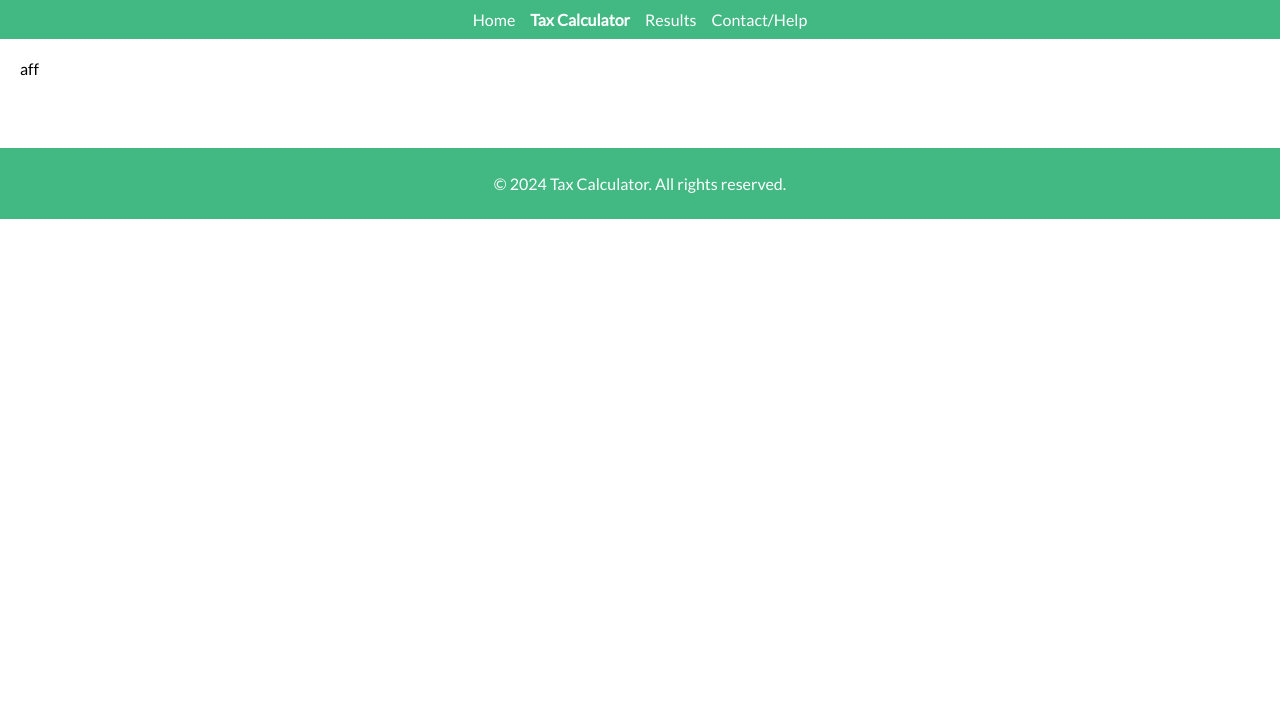
Repository: Tracy-maker/tax_calculator
Page: /calculator
These files come from the project's save history. The page is drawn as it stood at one moment and after the next save; the edit follows.
The browser window is 1280 px wide. The pictures show the whole page.
The project was rebuilt for these pictures with package versions that can differ from the ones it lists, and the page was loaded fresh each time. Also part of the build but not shown: vite.config.js, src/components/page/HomePage.vue, src/components/page/ResultPage.vue, src/components/page/ContactHelp.vue.

Above is the page before, as saved 2024-06-26 15:08:37.

After the next save:
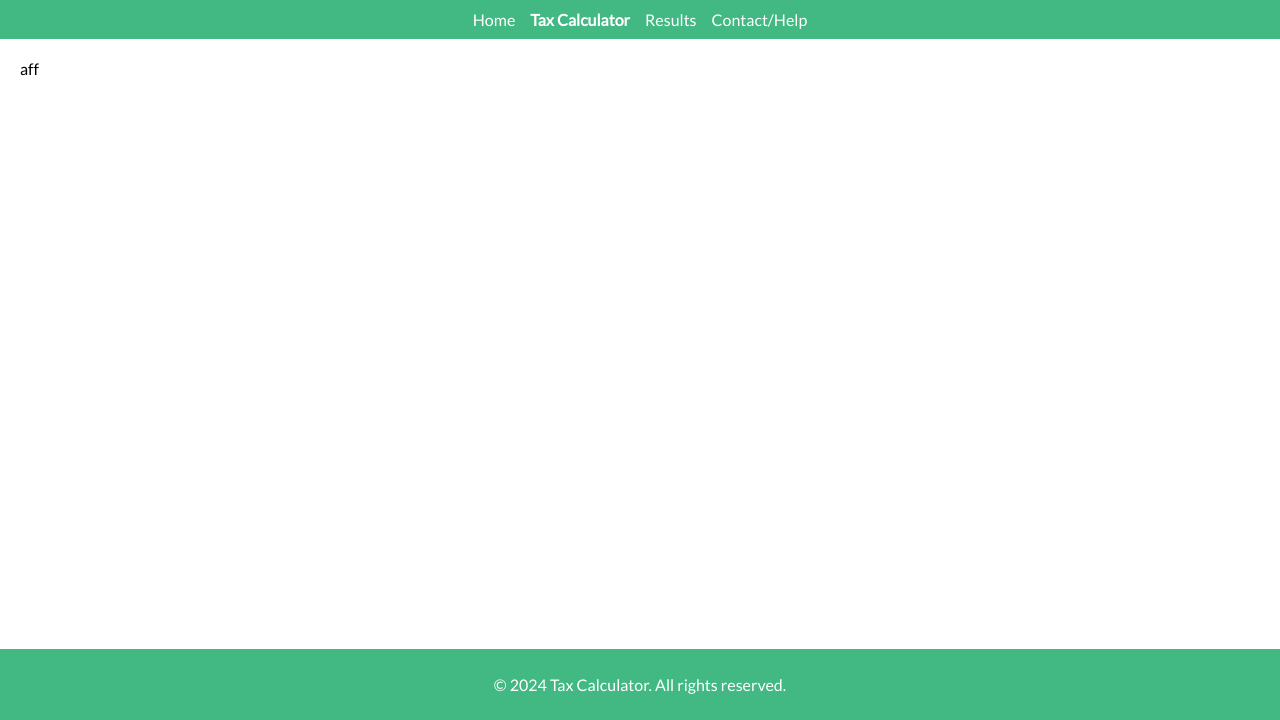
Saved 9 min 53 s later.
--- a/src/assets/main.css
+++ b/src/assets/main.css
@@ -8,11 +8,18 @@
   box-sizing: border-box;
 }
 
+html,
 body {
-  font-family: 'Lato', sans-serif;
+  height: 100%;
   margin: 0;
   padding: 0;
-  box-sizing: border-box;
+  font-family: 'Lato', sans-serif;
+}
+
+#app {
+  display: flex;
+  flex-direction: column;
+  min-height: 100vh;
 }
 
 header {
@@ -30,7 +37,7 @@ nav {
 nav a {
   color: white;
   text-decoration: none;
-  cursor: pointer;
+  cursor: pointer; /* Ensures pointer cursor on hover */
 }
 
 nav a.router-link-exact-active {
@@ -38,34 +45,29 @@ nav a.router-link-exact-active {
 }
 
 main {
+  flex: 1;
   padding: 20px;
 }
 
 footer {
-  margin-top: 50px;
   justify-content: center;
-  align-items: center;
-  text-align: center;
+  align-items: center; /* Center content vertically */
+  text-align: center; /* Center text */
   padding: 10px;
   background-color: #42b983;
   color: white;
   display: flex;
 }
 
-.home {
-  text-align: center;
-  margin-top: 50px;
-}
-
-.calculator {
-  max-width: 600px;
-  margin: 0 auto;
-  padding: 20px;
-}
-
-.results {
-  text-align: center;
-  margin-top: 50px;
+.home,
+.calculator,
+.results,
+.contact-help {
+  display: flex;
+  flex-direction: column;
+  justify-content: center;
+  align-items: center;
+  min-height: calc(100vh - 120px); /* Adjust according to header and footer height */
 }
 
 .modal {
